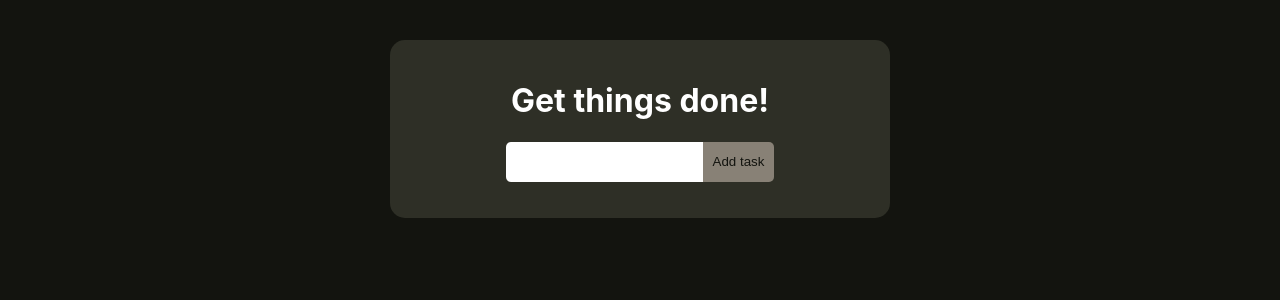
Repository: Karisya/ToDo
Page: /
An editor plug-in stored every save of this project. The page is shown before and after the next save, followed by the edit.
The browser window is 1280 px wide. The pictures show the whole page.
The project was rebuilt for these pictures with package versions that can differ from the ones it lists, and the page was loaded fresh each time.

Above is the page before, as saved 2023-10-20 16:44:37.

After the next save:
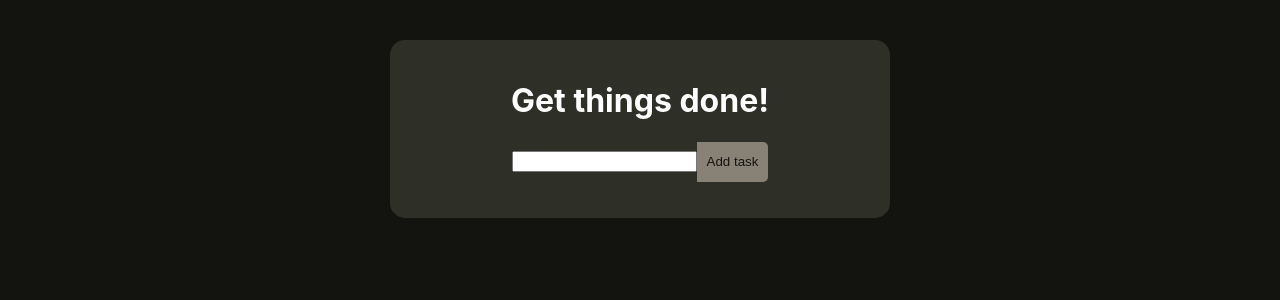
Saved 19 s later.
--- a/src/App.css
+++ b/src/App.css
@@ -20,7 +20,7 @@
 .list__content{
   padding: 20px ;
 }
-.list__input-conteiner input{
+.list__input-container input{
   border: none;
   padding: 0 10px;
   height: 40px;

After the save that followed:
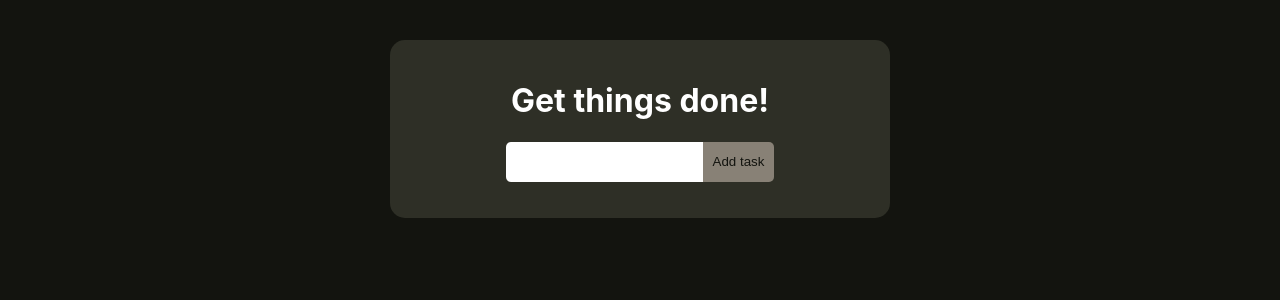
Saved 6 s later.
--- a/src/App.css
+++ b/src/App.css
@@ -20,7 +20,7 @@
 .list__content{
   padding: 20px ;
 }
-.list__input-container input{
+.list__input-conteiner input{
   border: none;
   padding: 0 10px;
   height: 40px;
